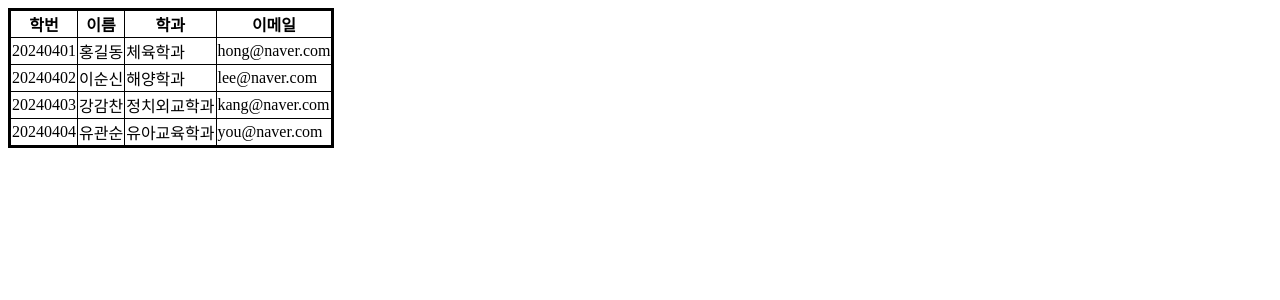
Repository: bbseok97/HTML
Page: HTML/src/main/webapp/table_css.html
An editor plug-in stored every save of this project. The page is shown before and after the next save, followed by the edit.
The browser window is 1280 px wide. The pictures show the whole page.

Above is the page before, as saved 2024-04-04 05:56:15.

After the next save:
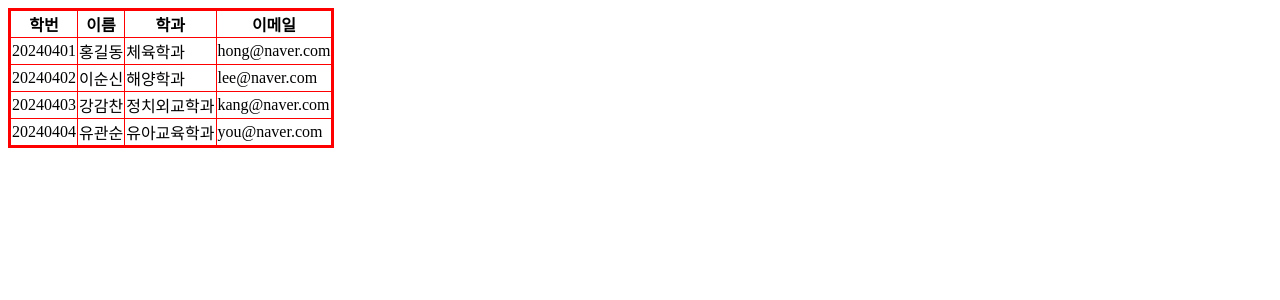
Saved 14 s later.
--- a/HTML/src/main/webapp/table_css.html
+++ b/HTML/src/main/webapp/table_css.html
@@ -11,7 +11,7 @@
 		<style type="text/css">
 			table {							/* 태그 선택자 사용 */
 				border-collapse: collapse;	/* 중복 테두리 제거 collapse */
-				border: 3px solid black;	/* border(태그 외곽) 처리 : 두께, 선 타입, 색상 */
+				border: 3px solid red;	/* border(태그 외곽) 처리 : 두께, 선 타입, 색상 */
 			}
 		</style>
 
